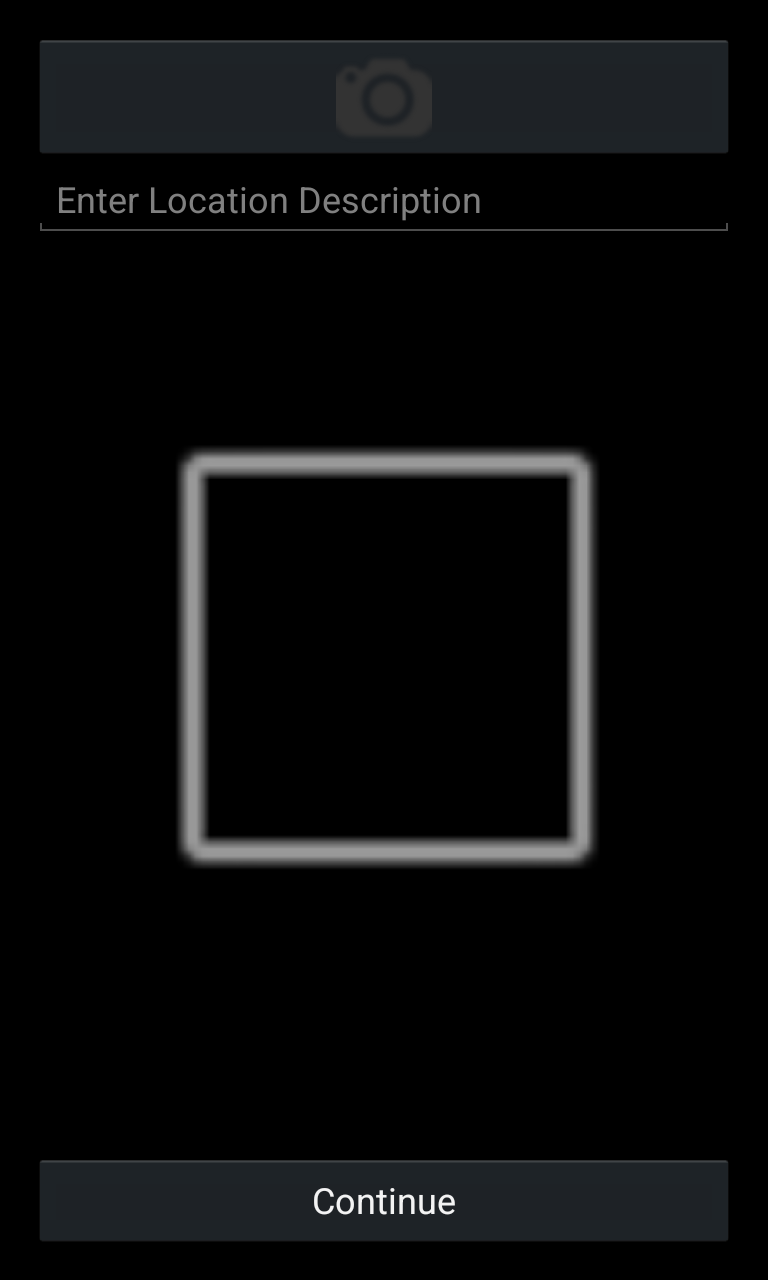
Repository: Jafnee/Android-Walking-Tour
Layout: SRC/Drafts/0.3/fuzzyNinja/PathFinder/res/layout/activity_new_waypoint.xml
An editor plug-in stored every save of this project. The layout is shown before and after the next save, followed by the edit.
It is drawn on a 768 x 1280 px phone screen (xhdpi) without system bars, with theme android:Theme.Holo; the app's code is not run.

Above is the layout before, as saved 2013-12-13 05:01:01.

### SRC/Drafts/0.3/fuzzyNinja/PathFinder/res/layout/activity_new_waypoint.xml
<RelativeLayout xmlns:android="http://schemas.android.com/apk/res/android"
    xmlns:tools="http://schemas.android.com/tools"
    android:layout_width="match_parent"
    android:layout_height="match_parent"
    android:paddingBottom="@dimen/activity_vertical_margin"
    android:paddingLeft="@dimen/activity_horizontal_margin"
    android:paddingRight="@dimen/activity_horizontal_margin"
    android:paddingTop="@dimen/activity_vertical_margin"
    tools:context=".ActivityNewWaypoint" >

    <Button
        android:id="@+id/button2"
        android:contentDescription="Take Picture"
        android:layout_width="wrap_content"
        android:layout_height="wrap_content"
        android:layout_alignParentBottom="true"
        android:layout_alignParentLeft="true"
        android:layout_alignParentRight="true"
        android:text="Continue" />

    <ImageButton
        android:id="@+id/imageButton1"
        android:layout_width="wrap_content"
        android:layout_height="wrap_content"
        android:layout_alignLeft="@+id/button2"
        android:layout_alignParentTop="true"
        android:layout_alignRight="@+id/button2"
        android:src="@drawable/camera" />

    <ImageView
        android:id="@+id/CameraImage"
        android:layout_width="match_parent"
        android:layout_height="wrap_content"
        android:layout_above="@+id/button2"
        android:layout_alignLeft="@+id/button2"
        android:layout_below="@+id/editText1"
        android:src="@android:drawable/dialog_frame" />

    <EditText
        android:id="@+id/editText1"
        android:layout_width="match_parent"
        android:layout_height="wrap_content"
        android:layout_alignParentLeft="true"
        android:layout_below="@+id/imageButton1"
        android:ems="10"
        android:hint="Enter Location Description"
        android:inputType="textMultiLine" >

    </EditText>

</RelativeLayout>

Loaded but not shown: SRC/Drafts/0.3/fuzzyNinja/PathFinder/res/values/dimens.xml (common file)

After the next save:
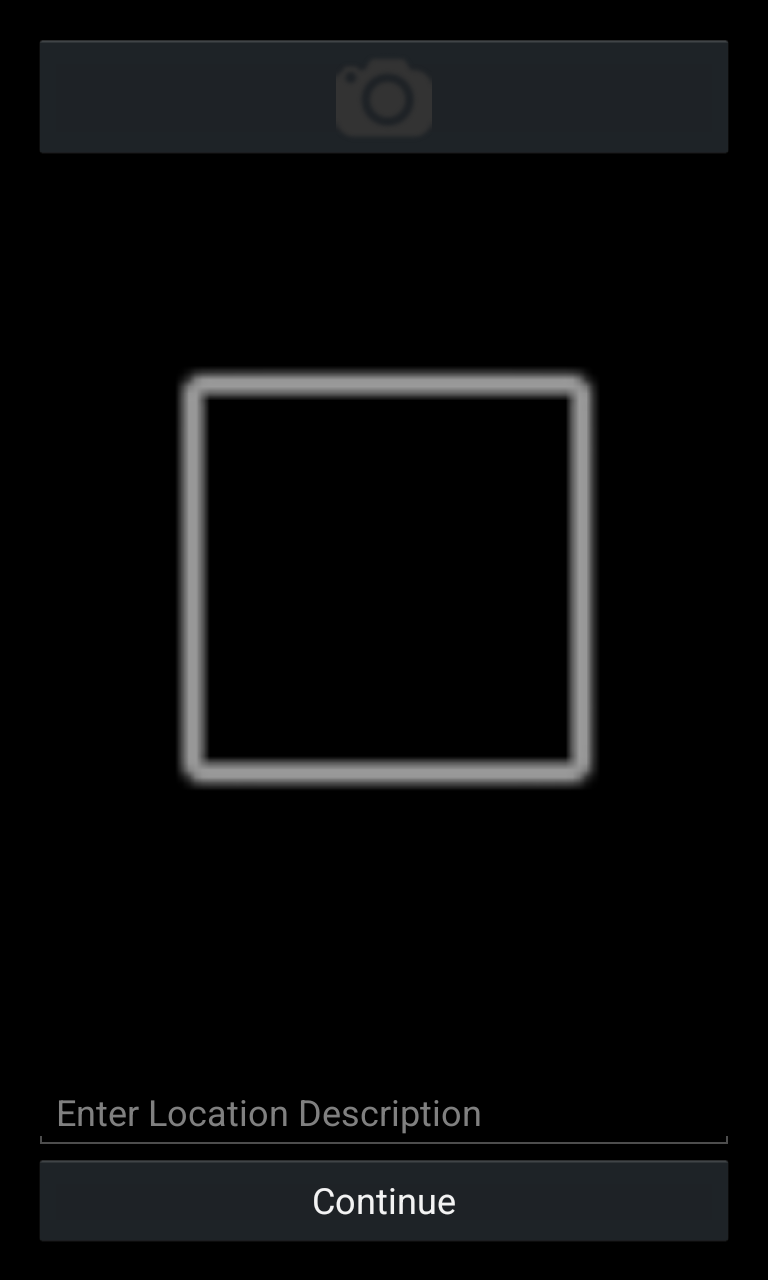
Saved 101 s later.
--- a/SRC/Drafts/0.3/fuzzyNinja/PathFinder/res/layout/activity_new_waypoint.xml
+++ b/SRC/Drafts/0.3/fuzzyNinja/PathFinder/res/layout/activity_new_waypoint.xml
@@ -28,24 +28,22 @@
         android:src="@drawable/camera" />
 
     <ImageView
-        android:id="@+id/CameraImage"
+        android:id="@+id/imgCameraImage"
         android:layout_width="match_parent"
         android:layout_height="wrap_content"
-        android:layout_above="@+id/button2"
+        android:layout_above="@+id/editText1"
         android:layout_alignLeft="@+id/button2"
-        android:layout_below="@+id/editText1"
+        android:layout_below="@+id/imageButton1"
         android:src="@android:drawable/dialog_frame" />
 
     <EditText
         android:id="@+id/editText1"
         android:layout_width="match_parent"
         android:layout_height="wrap_content"
-        android:layout_alignParentLeft="true"
-        android:layout_below="@+id/imageButton1"
+        android:layout_above="@+id/button2"
+        android:layout_alignLeft="@+id/button2"
         android:ems="10"
         android:hint="Enter Location Description"
-        android:inputType="textMultiLine" >
-
-    </EditText>
+        android:inputType="textMultiLine" />
 
 </RelativeLayout>
